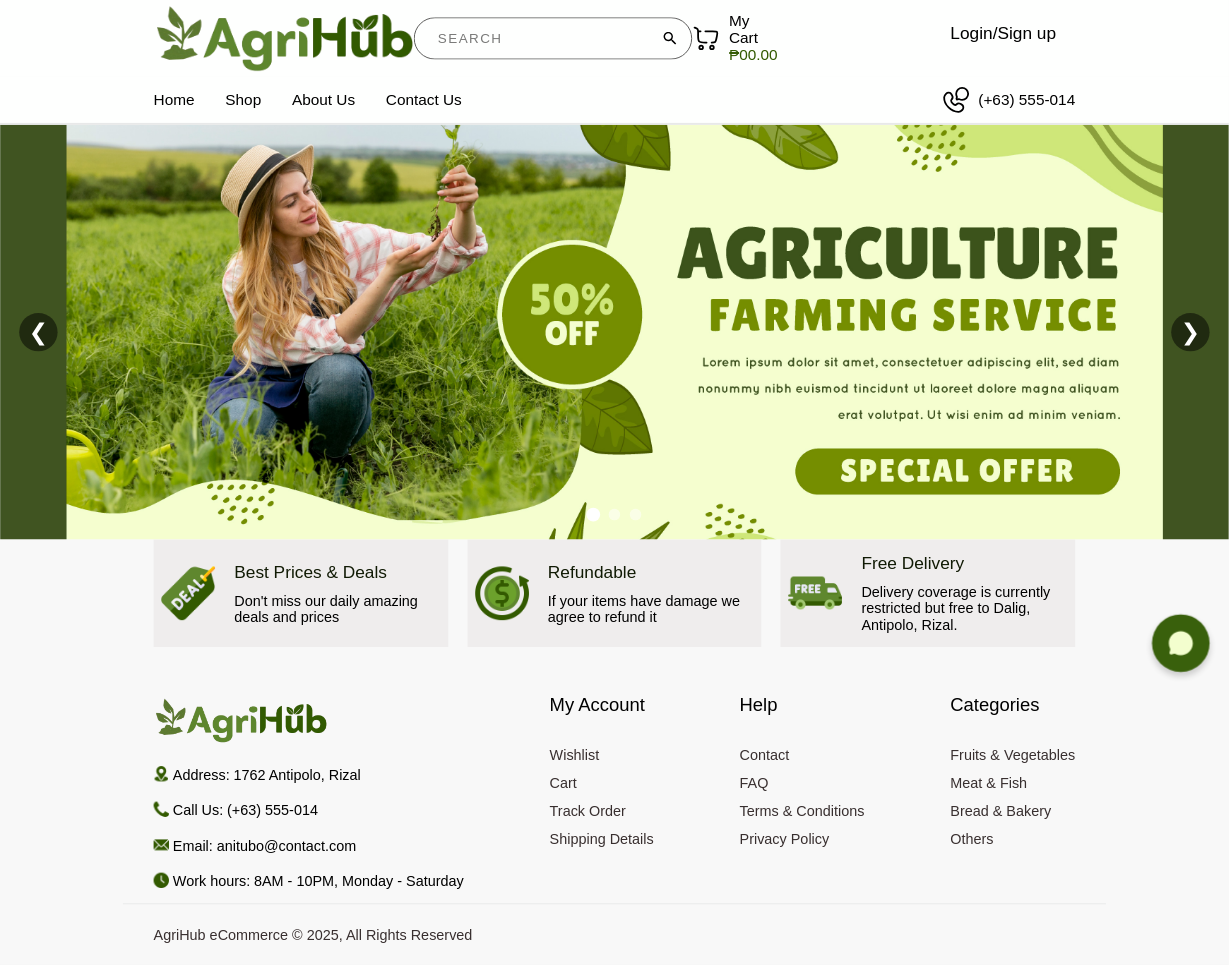
Repository: IamJanC/se2-final-project
Page: http://localhost/
These files come from the project's save history. The page is drawn as it stood at one moment and after a run of saves; the edit follows.
The browser window is 1280 px wide. The pictures show the whole page, at 96% of full size.
Some web fonts or font styles are not loaded; a fallback is used. The page is served by the project's application, run on Django 5.2 (manage.py). Queries for data that is not in the repository find no rows.

Above is the page before, as saved 2025-08-10 10:03:16.
Console error: SyntaxError: Identifier 'chatLog' has already been declared

After the next 2 saves:
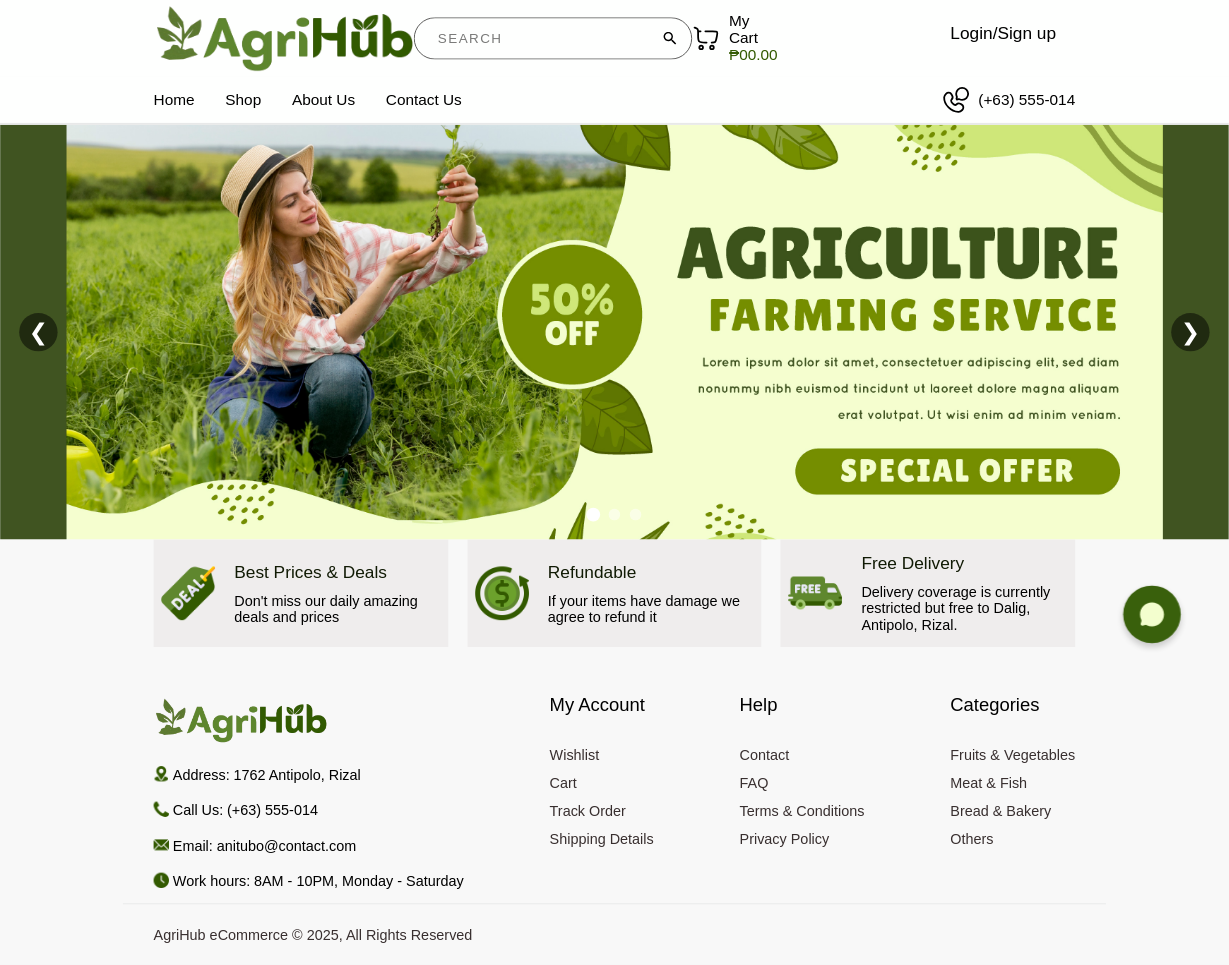
The 2 saves are shown as one change because they came seconds apart.
The last was saved 17 s later.
--- a/templates/shared/chatbot_widget.html
+++ b/templates/shared/chatbot_widget.html
@@ -3,8 +3,8 @@
 <!-- Floating Chat Icon -->
 <div id="chat-icon" style="
     position: fixed;
-    bottom: 20px;
-    right: 20px;
+    bottom: 50px;
+    right: 50px;
     background-color: #39600c;
     color: white;
     border-radius: 50%;

After the 2 saves that followed:
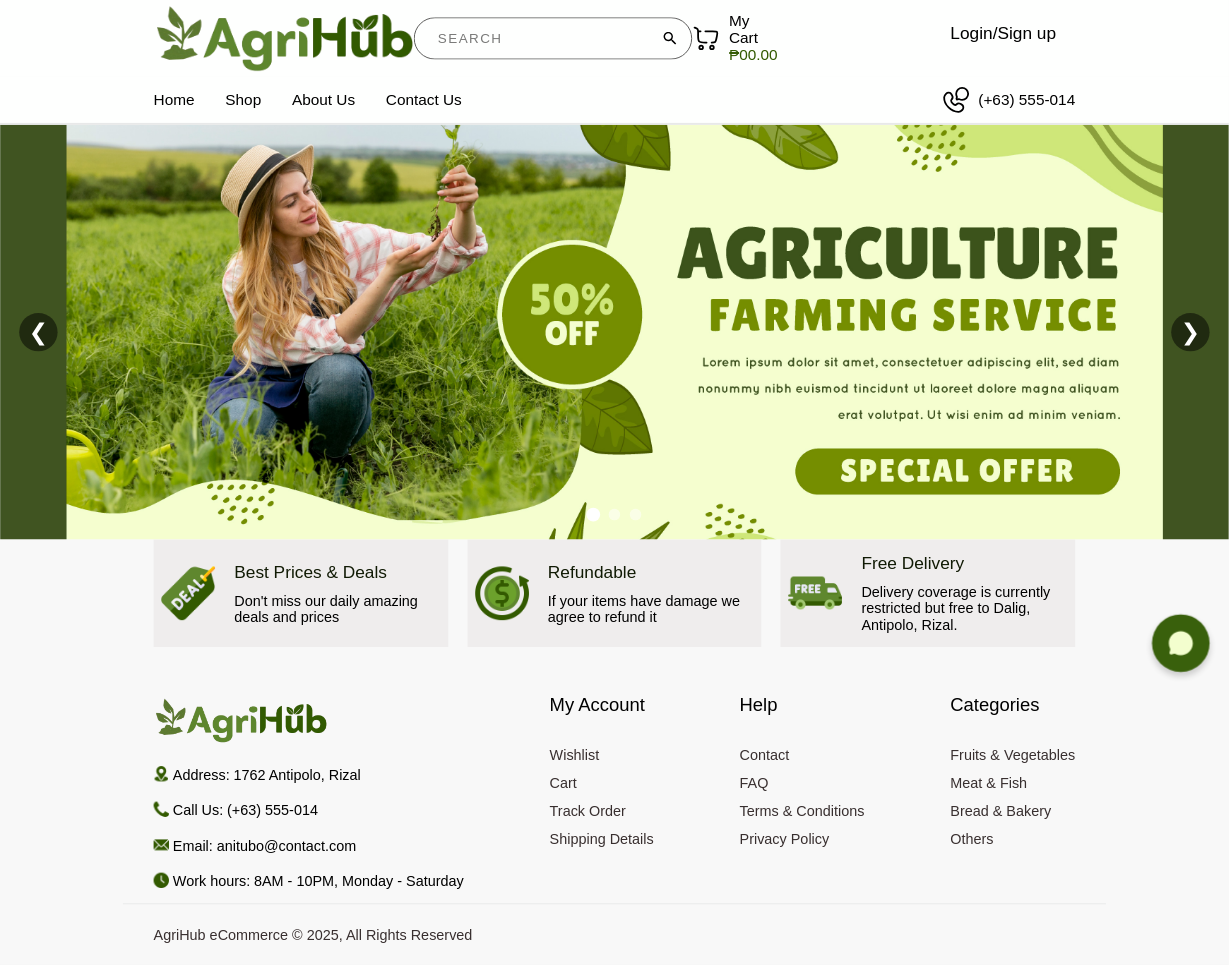
The 2 saves are shown as one change because they came seconds apart.
The last was saved 16 s later.
--- a/templates/shared/chatbot_widget.html
+++ b/templates/shared/chatbot_widget.html
@@ -3,8 +3,8 @@
 <!-- Floating Chat Icon -->
 <div id="chat-icon" style="
     position: fixed;
-    bottom: 50px;
-    right: 50px;
+    bottom: 20px;
+    right: 20px;
     background-color: #39600c;
     color: white;
     border-radius: 50%;
